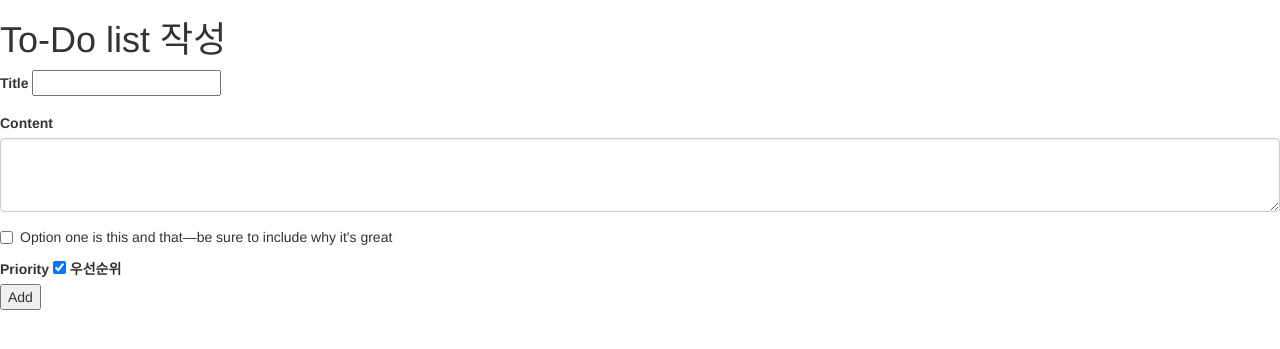
Repository: qudgns200/Toy_01_ToDoList
Page: http://localhost/ToDoList/jsp/writeForm.jsp
An editor plug-in stored every save of this project. The page is shown before and after the next save, followed by the edit.
The browser window is 1280 px wide. The pictures show the whole page.
The page is served by Tomcat 9. Nobody is signed in. The application's start-up code is not run.

Above is the page before, as saved 2019-11-07 04:43:30.
Console error (its wording comes from the project's code and is left out).

After the next save:
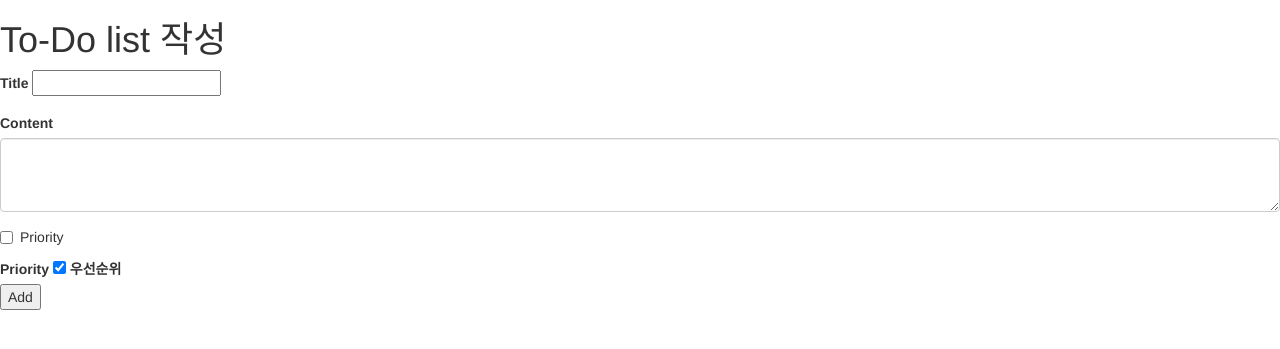
Saved 16 s later.
--- a/ToDoList/WebContent/jsp/writeForm.jsp
+++ b/ToDoList/WebContent/jsp/writeForm.jsp
@@ -27,8 +27,7 @@
 
 		<div class="checkbox">
 		  <label>
-		    <input type="checkbox" value="">
-		    Option one is this and that&mdash;be sure to include why it's great
+		    <input type="checkbox" value="">Priority
 		  </label>
 		</div>
 
